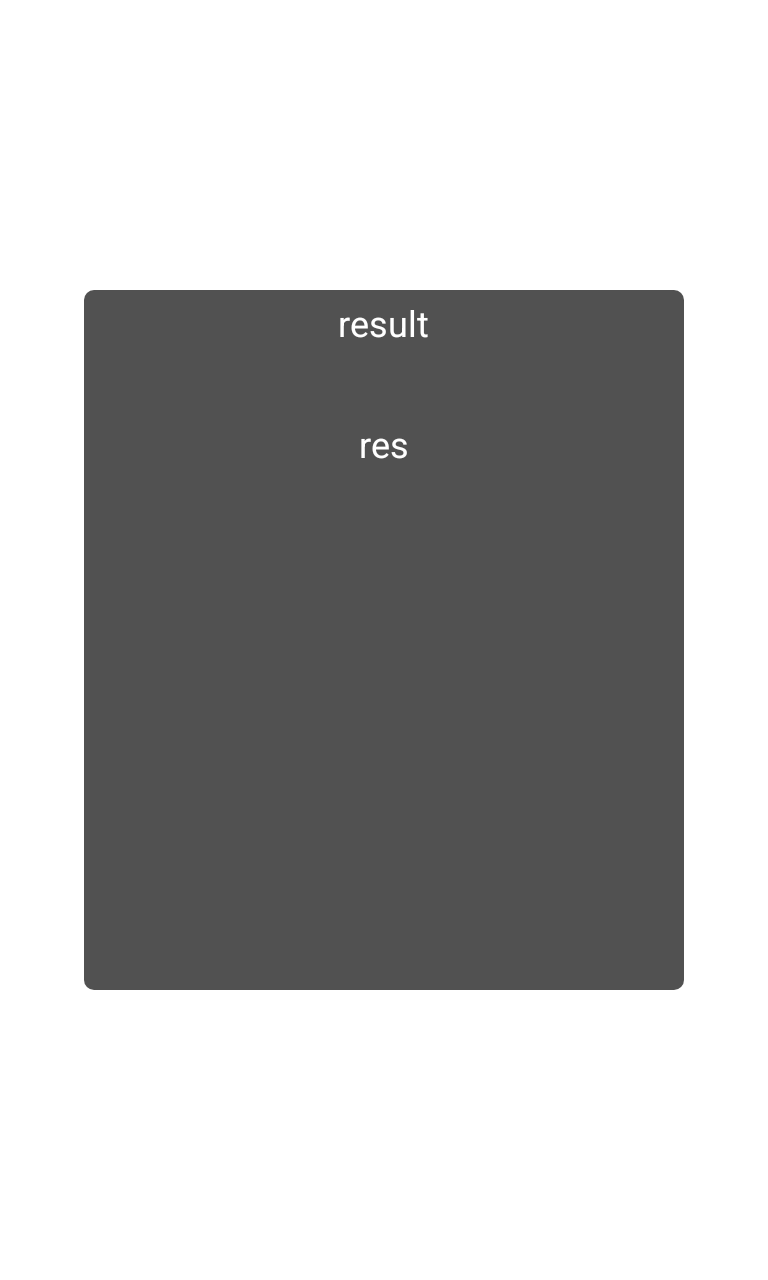
Repository: Kitsopappas/QBIReader
Layout: QBIReader/res/layout/activity_res.xml
These files come from the project's save history. The layout is drawn as it stood at one moment and after the next save; the edit follows.
It is drawn on a 768 x 1280 px phone screen (xhdpi) without system bars, with theme android:Theme.Translucent.NoTitleBar; the app's code is not run.

Above is the layout before, as saved 2015-03-19 15:23:01.

After the next save:
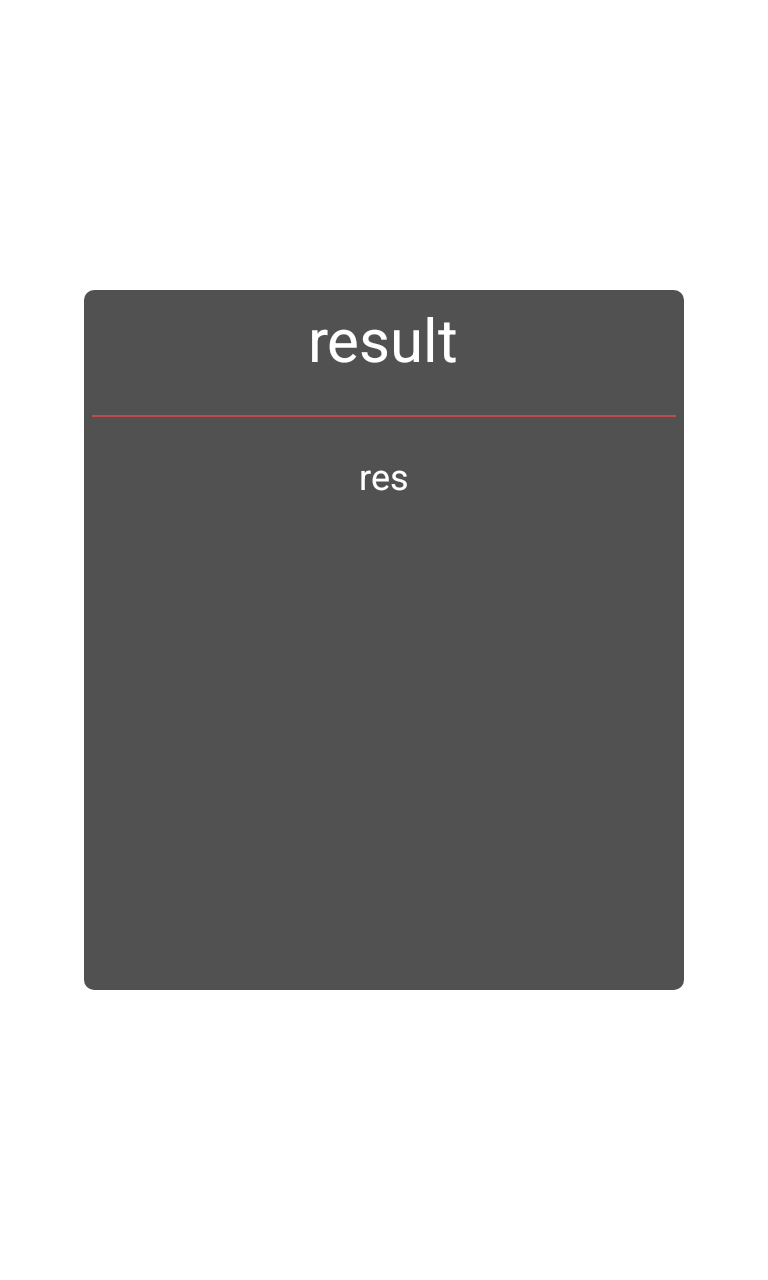
Saved 25 s later.
--- a/QBIReader/res/layout/activity_res.xml
+++ b/QBIReader/res/layout/activity_res.xml
@@ -23,6 +23,7 @@
             android:layout_height="wrap_content"
             android:layout_alignParentTop="true"
             android:layout_centerHorizontal="true"
+            android:textSize="30sp"
             android:textColor="#ffffff"
             android:text="result"
             android:textAppearance="?android:attr/textAppearanceMedium" />
@@ -38,6 +39,15 @@
             android:text="res"
             android:textAppearance="?android:attr/textAppearanceMedium" />
 
+        <View
+            android:id="@+id/view1"
+            android:layout_width="match_parent"
+            android:layout_height="1dp"
+            android:layout_below="@+id/textView1"
+            android:layout_centerHorizontal="true"
+            android:layout_marginTop="18dp"
+            android:background="#bc4b4b" />
+
     </RelativeLayout>
 
 </RelativeLayout>
